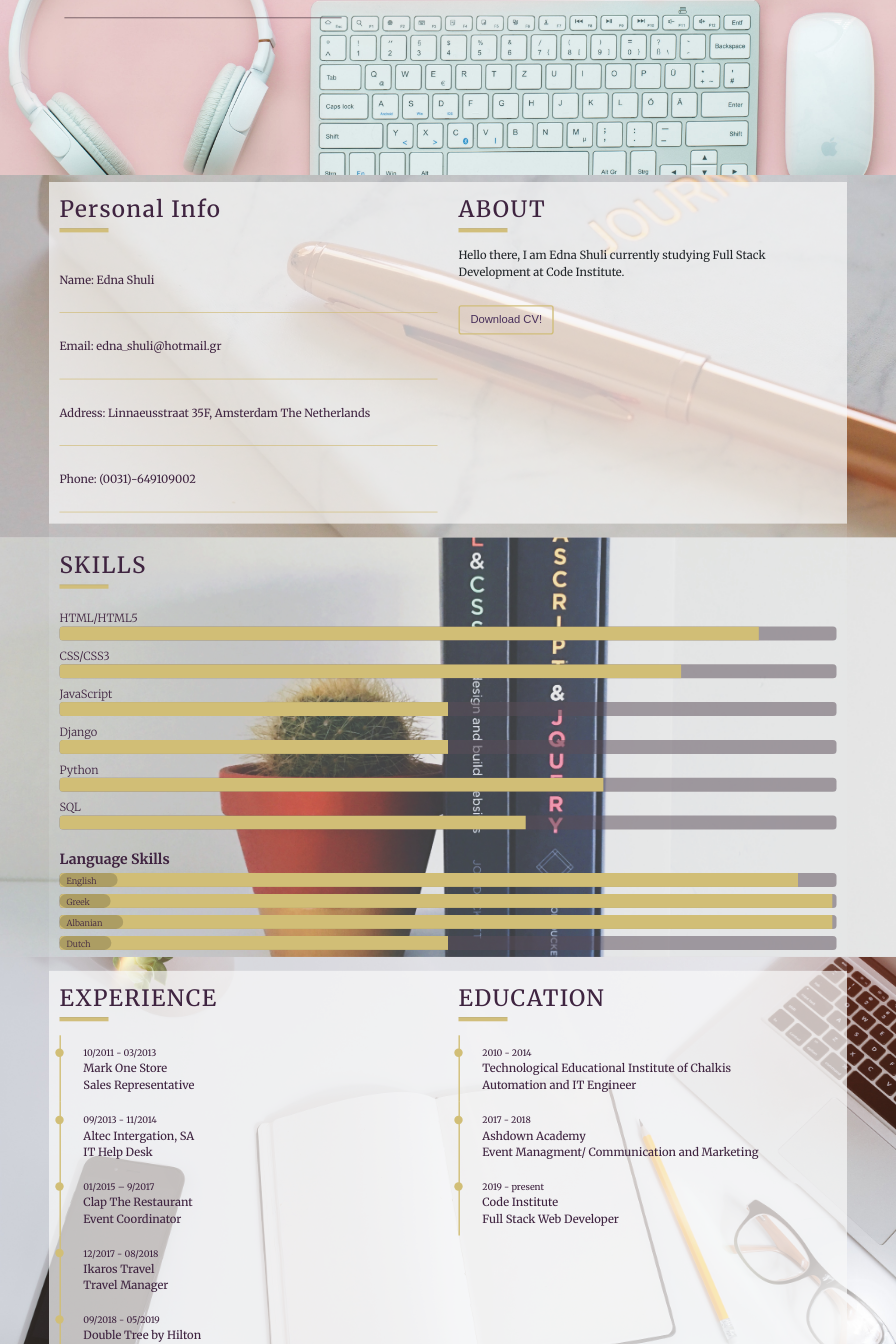
Repository: edshuli/Portfolio
Page: index.html
The author's editor kept a record of every edit. The page is drawn from the files as they stood at one moment, then again after the next edit.
The browser window is 1280 px wide. The pictures show the part of the page from y = 470 to 2390 px (the page is 3054 px tall), at 70% of full size.
Backgrounds fixed to the window are drawn as part of the page. Some web fonts or font styles are not loaded; a fallback is used.

Above is the page before.

### index.html
<!DOCTYPE html>
<html lang="en">

<head>
    <meta charset="UTF-8">
    <meta name="viewport" content="width=device-width, initial-scale=1.0">
    <meta http-equiv="X-UA-Compatible" content="ie=edge">
    <link rel="stylesheet" href="https://stackpath.bootstrapcdn.com/bootstrap/4.3.1/css/bootstrap.min.css" type="text/css" />
    <link rel="stylesheet" href="https://maxcdn.bootstrapcdn.com/font-awesome/4.7.0/css/font-awesome.min.css" type="text/css" />
    <link rel="stylesheet" href="https://cdnjs.cloudflare.com/ajax/libs/hover.css/2.3.1/css/hover-min.css" type="text/css" />
    <link rel="stylesheet" href="assets/css/style.css" type="text/css" />
    <title>Edna Shuli - Full Stack Web Developer</title>
</head>

<body>

    <div class="container-fluid navbar-menu">
        <div class="row">
            <div class="col-12">
                <!-- NAVBAR -->
                <nav class="navbar navbar-expand-sm fixed-top navbar-light ">
                    <a href="index.html" class="navbar-brand"><!--<i class="fa fa-home" aria-hidden="true"></i>-->Ed.Sh</a>
                    <button class="navbar-toggler" type="button" data-toggle="collapse" data-target="#menuDropdown" aria-controls="menuDropdown" aria-expanded="false" aria-label="Toggle navigation">
           <span class="navbar-toggler-icon"></span>
       </button>

                    <div id="menuDropdown" class="navbar-collapse collapse">
                        <ul class="navbar-nav mr-auto">
                            <li><a class="nav-link text-uppercase" href="#">about</a></li>
                            <li><a class="nav-link text-uppercase" href="#">skills</a></li>
                            <li><a class="nav-link text-uppercase" href="#">work</a></li>
                            <li><a class="nav-link text-uppercase" href="#">education</a></li>
                            <li><a class="nav-link text-uppercase" href="#">contact</a></li>
                            <li><a class="nav-link text-uppercase" href="#">cv</a></li>
                        </ul>
                    </div>
            </div>
        </div>
        </nav>
    </div>
    <div class="container-fluid homepage-container ">
        <div class="row">
            <div class="col">
                <div class="jumbotron ">
                    <h1 class="header">Hi! I'm </br><span class="name">
            Edna Shuli</span></h1>
                    <p class="title">Full Stack Web Developer</p>
                </div>
            </div>
        </div>
    </div>



    <!-- ABOUT ME -->
    <section class="aboutme">
        <div class="container aboutme-container">
            <div class="row">
                <div class="col-md-6 personalinfo-container">
                    <div class="personal-info">
                        <h2 class="uppercase">Personal Info</h2>
                        <hr class="title-divider">
                        <ul>
                            <li>Name: Edna Shuli</li>
                            <li>Email: <a href="mailto:edna_shhuli@hotmail.gr">edna_shuli@hotmail.gr</a></li>
                            <li>Address: Linnaeusstraat 35F, Amsterdam The Netherlands</li>
                            <li>Phone: (0031)-649109002</li>
                        </ul>
                    </div>
                </div>
                <div class="col-md-6 about-container">
                    <h2 class="text-uppercase">About</h2>
                    <hr class="title-divider">
                    <div class="aboutitem">
                        <p>Hello there, I am Edna Shuli currently studying Full Stack Development at Code Institute.
                        </p>
                    </div>
                    <button class="btn">Download CV!</button>
                </div>
            </div>
        </div>
    </section>



    <!-- Skills -->

    <section class="skills">
        <div class="container skills-container">
            <div class="row">
                <div class="col">
                    <h2 class="text-uppercase">Skills</h2>
                    <hr class="title-divider">
                </div>
            </div>
            <div class="skills-item-container">
                <div class="row ">
                    <div class="col">
                        <div class="skill-item-desc">HTML/HTML5</div>
                        <div class="progress">
                            <div class="progress-bar" role="progressbar" aria-valuenow="90" aria-valuemin="0" aria-valuemax="100" style="width:90%">
                                <span class="sr-only">90% complete</span>
                            </div>
                        </div>
                        <div class="skill-item-desc">CSS/CSS3</div>
                        <div class="progress">
                            <div class="progress-bar" role="progressbar" aria-valuenow="80" aria-valuemin="0" aria-valuemax="100" style="width:80%">
                                <span class="sr-only">80% complete</span>
                            </div>
                        </div>
                        <div class="skill-item-desc">JavaScript</div>
                        <div class="progress">
                            <div class="progress-bar" role="progressbar" aria-valuenow="50" aria-valuemin="0" aria-valuemax="100" style="width:50%">
                                <span class="sr-only">50% complete</span>
                            </div>
                        </div>
                        <div class="skill-item-desc">Django</div>
                        <div class="progress">
                            <div class="progress-bar" role="progressbar" aria-valuenow="50" aria-valuemin="0" aria-valuemax="100" style="width:50%">
                                <span class="sr-only">50% complete</span>
                            </div>
                        </div>
                        <div class="skill-item-desc">Python</div>
                        <div class="progress">
                            <div class="progress-bar" role="progressbar" aria-valuenow="70" aria-valuemin="0" aria-valuemax="100" style="width:70%">
                                <span class="sr-only">70% complete</span>
                            </div>
                        </div>
                        <div class="skill-item-desc">SQL</div>
                        <div class="progress">
                            <div class="progress-bar" role="progressbar" aria-valuenow="60" aria-valuemin="0" aria-valuemax="100" style="width:60%">
                                <span class="sr-only">60% complete</span>
                            </div>
                        </div>
                    </div>
                </div>
            </div>
            <div class="language-container">
                <div class="row">
                    <div class="col">
                        <h3>Language Skills</h3>
                        <div class="progress">
                            <div class="progress-bar" role="progressbar" aria-valuenow="95" aria-valuemin="0" aria-valuemax="100" style="width:95%">
                                <span class="sr-only">95% complete</span>
                            </div>
                            <span class="progress-item">English</span>
                        </div>
                        <div class="progress">
                            <div class="progress-bar" role="progressbar" aria-valuenow="99.5" aria-valuemin="0" aria-valuemax="100" style="width:99.5%">
                                <span class="sr-only">99.5% complete</span>
                            </div>
                            <span class="progress-item">Greek</span>
                        </div>

                        <div class="progress">
                            <div class="progress-bar" role="progressbar" aria-valuenow="99.5" aria-valuemin="0" aria-valuemax="100" style="width:99.5%">
                                <span class="sr-only">99.5% complete</span>
                            </div>
                            <span class="progress-item">Albanian</span>
                        </div>

                        <div class="progress">
                            <div class="progress-bar" role="progressbar" aria-valuenow="50" aria-valuemin="0" aria-valuemax="100" style="width:50%">
                                <span class="sr-only">50% complete</span>
                            </div>
                            <span class="progress-item">Dutch</span>
                        </div>
                    </div>
                </div>
            </div>
        </div>
    </section>



    <!-- Experience -->
    <section class="info">
        <div class="container container-info">
            <div class="row">
                <div class="col-md-6 experience-container">
                    <h2 class="text-uppercase history-heading">Experience</h2>
                    <hr class="title-divider">
                    <div class="history-items">
                        <div class="timeline-item" data-dates="10/2011 - 03/2013">
                            <h7>Mark One Store</h7>
                            <p>Sales Representative</p>
                        </div>
                        <div class="timeline-item" data-dates="09/2013 - 11/2014">
                            <h7>Altec Intergation, SA</h7>
                            <p>IT Help Desk</p>
                        </div>
                        <div class="timeline-item" data-dates="01/2015 – 9/2017">
                            <h7>Clap The Restaurant</h7>
                            <p>Event Coordinator</p>
                        </div>
                        <div class="timeline-item" data-dates="12/2017 - 08/2018">
                            <h7>Ikaros Travel</h7>
                            <p>Travel Manager</p>
                        </div>
                        <div class="timeline-item" data-dates="09/2018  - 05/2019">
                            <h7>Double Tree by Hilton</h7>
                            <p>Supervisor Meetings and Events</p>
                        </div>
                    </div>
                </div>
                <div class="col-md-6 education-container">
                    <h2 class="text-uppercase edu-heading">Education</h2>
                    <hr class="title-divider">
                    <div class="edu-history">
                        <div class="timeline-item" data-dates="2010 - 2014">
                            <h7>Technological Educational Institute of Chalkis </h7>
                            <p>Automation and IT Engineer</p>
                        </div>
                        <div class="timeline-item" data-dates="2017 - 2018">
                            <h7>Ashdown Academy</h7>
                            <p>Event Managment/ Communication and Marketing</p>
                        </div>
                        <div class="timeline-item" data-dates="2019 - present">
                            <h7>Code Institute</h7>
                            <p>Full Stack Web Developer</p>
                        </div>
                    </div>
                </div>
            </div>
        </div>
    </section>



    <!-- Contact -->
    <section class="contact">
        <div class="container contact-container ">
            <div class="row contact-form">
                <div class="col position-contact">
                    <h2 class="text-uppercase contac-header">Contact</h2>
                    <hr class="title-divider">
                    <p class="contact-text">Do you want to work together? Then hurry up and send me an email!!!</p>
                    <div class="center-form">
                        <form>
                            <div class="contact-item">
                                <input type="text" name="name" id="fullname" class="form-control" placeholder="Name" required/>
                            </div>
                            <div class="contact-item">
                                <input type="text" name="phone" id="phonenumber" class="form-control" placeholder="Phone" required />
                            </div>
                            <div class="contact-item">
                                <input type="text" name="email" id="emailaddress" class="form-control" placeholder="Email" required/>
                            </div>
                            <div class="contact-item">
                                <textarea rows="5" name="projectsummary" id="projectsummary" class="form-control" placeholder="Message" required></textarea>
                            </div>
                            <div class="row text-center">
                                <div class="col">
                                    <button class="btn">READY? GO!</button>
                                </div>
                            </div>
                        </form>
                    </div>
                </div>
            </div>
        </div>
    </section>

    <footer>
        <div class="container footer-container">
            <div class="row">
                <div class="col-xs-12 col-xs-12 icons">
                            <a href="#" target="_blank"><i class="fa fa-file-download" aria-hidden="true"></i></a>
                            <a href="#" target="_blank"><i class="fa fa-linkedin-in" aria-hidden="true"></i></a>
                            <a href="#" target="_blank"><i class="fa fa-github" aria-hidden="true"></i></a>
                            <a href="#" target="_blank"><i class="fa fa-instagram" aria-hidden="true"></i></a>
                </div>
            </div>
        </div>
    </footer>

   <script src="https://code.jquery.com/jquery-3.3.1.slim.min.js" integrity="sha384-q8i/X+965DzO0rT7abK41JStQIAqVgRVzpbzo5smXKp4YfRvH+8abtTE1Pi6jizo" crossorigin="anonymous"></script>
    <script src="https://cdnjs.cloudflare.com/ajax/libs/popper.js/1.14.7/umd/popper.min.js" integrity="sha384-UO2eT0CpHqdSJQ6hJty5KVphtPhzWj9WO1clHTMGa3JDZwrnQq4sF86dIHNDz0W1" crossorigin="anonymous"></script>
    <script src="https://stackpath.bootstrapcdn.com/bootstrap/4.3.1/js/bootstrap.min.js" integrity="sha384-JjSmVgyd0p3pXB1rRibZUAYoIIy6OrQ6VrjIEaFf/nJGzIxFDsf4x0xIM+B07jRM" crossorigin="anonymous"></script>
</body>


</html>

### assets/css/style.css
@import url('https://fonts.googleapis.com/css?family=Merriweather:100,200,300,400,500,600,700|Playfair+Display:100,200,300,400,500,600,700|Nanum+Gothic:100,200,300,400');

body {
    font-family: "Merriweather", sans-serif;
    background-color: rgba(169, 144, 157, 0.42);

    font-weight: 400;
}

.container {
    background-color: #e9ecef21;
}


/* ------------------------Button/Download--------------------*/

.btn {
    font: 16px "Playfair", sans-serif;
    color: #472e5a;
    margin: 20px 0px;
    padding: 10px 15px;
    border: 2px solid #d1be7b;
    display: inline-block;
}

/*---------------------HOMEPAGE/JUMBOTRON--------------------*/

.homepage-container {
    height: 100vh;
    background: url(../images/img-homepage.jpg) no-repeat center center fixed;
    -webkit-background-size: cover;
    -moz-background-size: cover;
    -o-background-size: cover;
    background-size: cover;

    display: flex;
    align-items: center;
    justify-content: center;
}



/*------------------------Jumbotron ---------------------*/

.jumbotron {
    background-color: transparent;
    margin-bottom: 0px;
    padding: 150px 700px 50px 0;
}

.header {
    color: #3e2832;
    font-size: 45px;
    font-weight: 300;
    margin-bottom: 10px;
}


.header {
    font-family: "Playfair", sans-serif;
}

span {
    font-family: "Merriweather", sans-serif;
}

.title {
    font-family: "Playfair", sans-serif;
    border-bottom-width: 1px;
    border-bottom-style: solid;
    border-bottom-color: #4f3943;
    border-top-width: 1px;
    border-top-style: solid;
    border-top-color: #4f3943;
    color: #4f3943;
    font-size: 25px;
    font-weight: 300;
    text-transform: uppercase;
    letter-spacing: 1px;
    padding: 15px 0;
}


/*---------------------------------Navbar ------------*/

.navbar {
    background-color: rgba(0, 0, 0, 0.7);
    overflow: hidden;
    position: fixed;

}

.navbar-menu {
    padding-left: 0;
    padding-right: 0;

}

.navbar-light .navbar-brand {
    letter-spacing: 1px;
    color: #d1be7b;
    font-size: 20px;
    font-weight: bold;

}

.navbar .navbar-nav a {
    font-weight: bold;
    color: #d1be7b;
    letter-spacing: 1px;
    text-decoration: none;
}

.navbar-light .navbar-nav .nav-link {
    color: #d1be7b;
}

.fa-home {
    color: #d1be7b;
}



/*-----------For mobile ------------*/

.navbar-collapse {
    text-align: right;
    display: block;
}

.navbar-toggler {
    line-height: 1;
    background-color: #f8f9fa7a;
    border: 1px solid #fafaf8;
    border-radius: .25rem;
}

/*----------------------------TITLES/HEADERS----------------------------*/

h2 {
    font-family: "Merriweather", sans-serif;
    color: #3f2440;
    background-color: transparent;
    margin-top: 20px;
    letter-spacing: 2px;
}

.title-divider {
    width: 70px;
    height: 5px;
    background-color: #d1be7b;
    margin: 0 0 20px 0;
}

/*--------------------------ABOUT ME-------------------*/

.aboutme {
    width: 100vw;
    background: url(../images/aboutmelogo/imgabout.jpg) no-repeat center center fixed;
    -webkit-background-size: cover;
    -moz-background-size: cover;
    -o-background-size: cover;
    background-size: cover;
    background-color: #f6f4f5;
    position: relative;

}

.personalinfo-container,
.about-container {
    background-color: rgba(250, 250, 250, 0.69);
    margin-bottom: 20px;
    margin-top: 10px;
}



a {
    text-decoration: none;
    color: #3f2440;
}

ul {
    padding: 0;
}

.personal-info ul li {
    border-bottom: 1px solid #d1be7b;
    padding: 35px 0;
    list-style: none;
    color: #3f2440;

}




/*--------------------------------------SKILLS --------*/

.skills {
    width: 100vw;
    background: url(../images/skillslogo/image-skills.jpg) no-repeat center center fixed;
    -webkit-background-size: cover;
    -moz-background-size: cover;
    -o-background-size: cover;
    background-size: cover;
    position: relative;
}


.skills-item-container {
    margin-top: 10px;
    margin-bottom: 20px
}

.skill-item-desc {
    font-weight: 200;
    color: #3f2440;
}

.progress {
    background-color: rgba(90, 77, 89, 0.51);
    border-radius: 5px;
    margin-bottom: 10px;
    height: 20px;
}

.progress-bar {
    background-color: #d1be76;
}

.progress-item {
    position: absolute;
    font-weight: 200;
    padding: 3px 30px 2px 10px;
    color: #3f2440;
    background-color: rgba(25, 25, 25, 0.2);
    border-radius: 10px;
    height: 20px;
}


h3 {
    font-size: 20px;
    font-weight: bold;
    color: #3f2440;
}

/*-------------------- EXPERIENCE-EDUCATION---------------*/

.info {
    width: 100vw;
    background: url(../images/experience-logo/expimg.jpg) no-repeat center center fixed;
    -webkit-background-size: cover;
    -moz-background-size: cover;
    -o-background-size: cover;
    background-size: cover;

}

.experience-container,
.education-container {
    background-color: rgba(250, 250, 250, 0.69);
    padding-bottom: 10px;
    margin-top: 20px;
    margin-bottom: 20px;

}



.timeline-item {
    padding: 1em 2em 0em 2em;
    position: relative;
    color: #3f2440;
    font-weight: 500;
    border-left: 2px solid #d1be76;
}

.timeline-item p {
    padding: 0;
    margin: 0;
}

.timeline-item:before {
    content: attr(data-dates);
    left: 2.5em;
    top: 3em;
    display: block;
    font-weight: 500;
    font-size: 0.8em;
    padding: 0;
    margin: 0;
}

.timeline-item:after {
    width: 12px;
    height: 12px;
    display: block;
    top: -4em;
    right: 2.5em;
    position: relative;
    border-radius: 50%;
    content: '';
    background: #d1be76;
}

/*---------------------CONCTACT-----------------*/

.contact{
    width: 100vw;
    background: url(../images/contact-logo/contact-img.jpg) no-repeat center center fixed ;
    -webkit-background-size: cover;
    -moz-background-size: cover;
    -o-background-size: cover;
    background-size: cover;

}
 .position-contact{
     background-color: #fafafa36;
     margin-top:20px;
     margin-bottom:20px;
 }


.contact-text{
    color:#3f2440;
}

.contact-item{
    background-color:rgba(255, 255, 255, 0.5);
    border:1px solid #d1be76;
    border-radius: .50em;
    margin-bottom: 5px;
}
/*-------------------FOOTER----------------------*/
 footer{

     margin:0;
     background-color: rgba(250, 250, 250, 0.69);
     border-color:transparent;
     text-align:center;
     color:#fafafa;
     z-index:1;
 }

 i{
     display: inline-block;
     text-align:center;
     font-size:18px;
     width:41px;
     height:41px;
     border-radius:50%;
 }


/*------------------ MEDIA QUERRIES--------------*/

/*------------------ HOMEPAGE ------------------*/

@media (max-width: 575px) {

    .container-fluid {
        font-size: 10px;
    }

    .jumbotron {
        background-color: transparent;
        margin-bottom: 0px;
        padding: 5px 0px 100px 0;
    }
    .navbar-toggler {
        line-height: 1;
        background-color: #f8f9fa7a;
        border: 1px solid #fafaf8;
        border-radius: 0.1rem;
    }

    .header {
        font-size: 30px;
        font-weight: 300;
    }

    .title {
        font-size: 15px;
    }
}

@media (min-width: 576px) and (max-width:768px) {

    .jumbotron {
        background-color: transparent;
        margin-bottom: 0px;
        padding: 5px 0px 100px 0;
    }
}

@media (max-width: 768px) {
    .homepage-container {
        background: url(../images/image.jpg) no-repeat center center fixed;
        -webkit-background-size: cover;
        -moz-background-size: cover;
        -o-background-size: cover;
        background-size: cover;
    }
}

/*------------------ SKILLS    ------------------*/

@media (max-width: 320px) {
    h2 {
        font-size: 20px;
    }

    .skill-item-desc {
        font-weight: bold;

    }

    .progress-item {
        font-weight: bold;
    }


}

@media (max-width: 767px) {
    .skills {
        background-image: none;
        background-color: rgba(250, 250, 250, 0.69);
    }

    .personalinfo-container {
    margin-bottom:0px;
    margin-top: 10px;
}

.about-container {
    margin-bottom: 20px;
    margin-top: 0px;
}

.experience-container {
    padding-bottom: 10px;
    margin-top: 20px;
    margin-bottom: 0px;

}

.education-container {
    padding-bottom: 10px;
    margin-top: 0px;
    margin-bottom: 20px;

}


}






/*@media (min-width: 768px) and (max-width:1024px) {
    .skills-item-container {
        margin-top: 35px;

        margin-bottom: 50px
    }
   .progress{
       margin-bottom: 20px;
       height:30px;
   }

   h3{
       padding-bottom: 35px;
       font-size:30px;
   }

   .skill-item-desc{
       font-weight:bold;
       font-size:20px;
   }

   .progress-item{
       font-size:20px;
       padding: 3px 30px 10px 5px;
       height:28px;
   }
}*/

After the next edit:
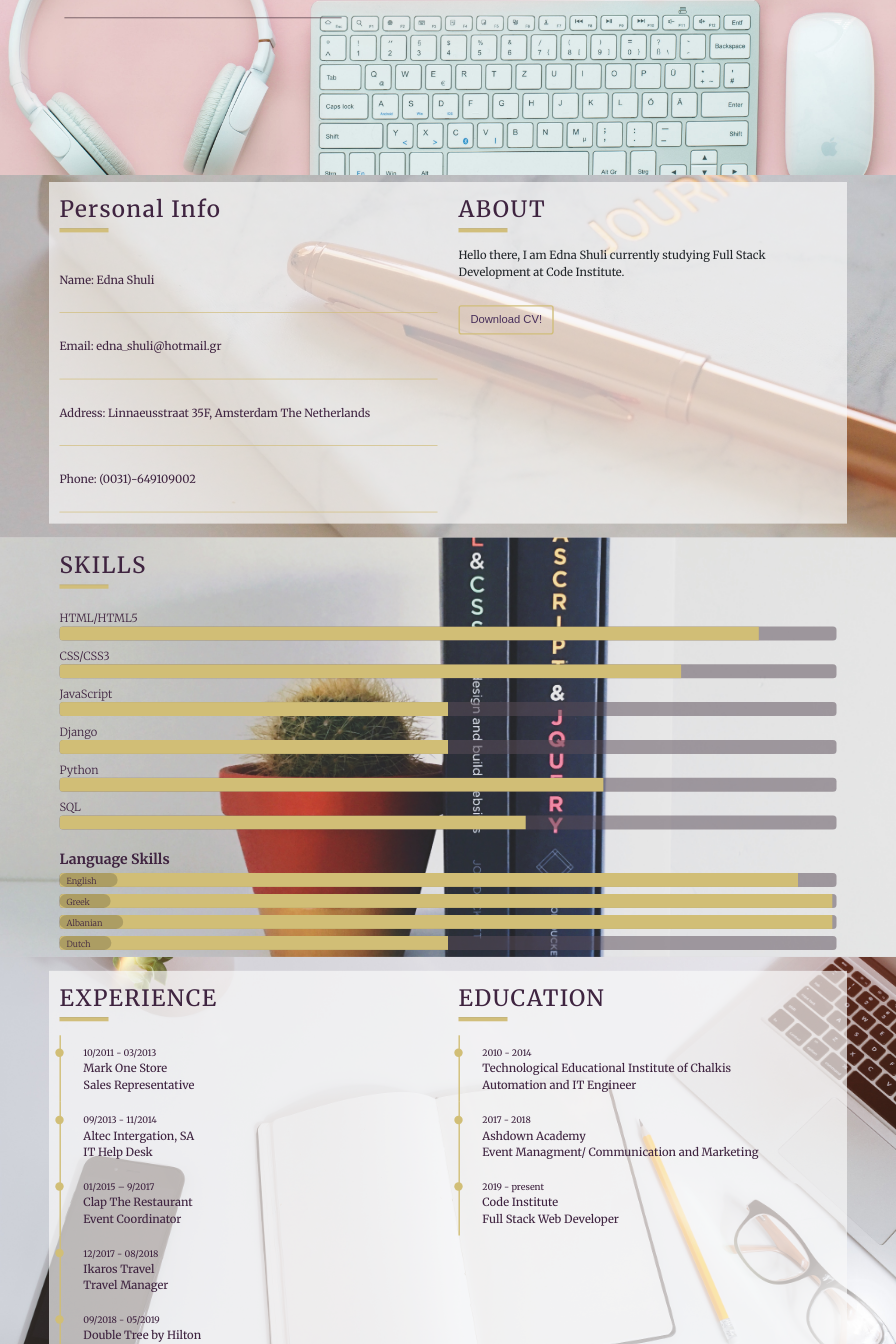
The edit:
--- a/assets/css/style.css
+++ b/assets/css/style.css
@@ -7,9 +7,7 @@
     font-weight: 400;
 }
 
-.container {
-    background-color: #e9ecef21;
-}
+
 
 
 /* ------------------------Button/Download--------------------*/
